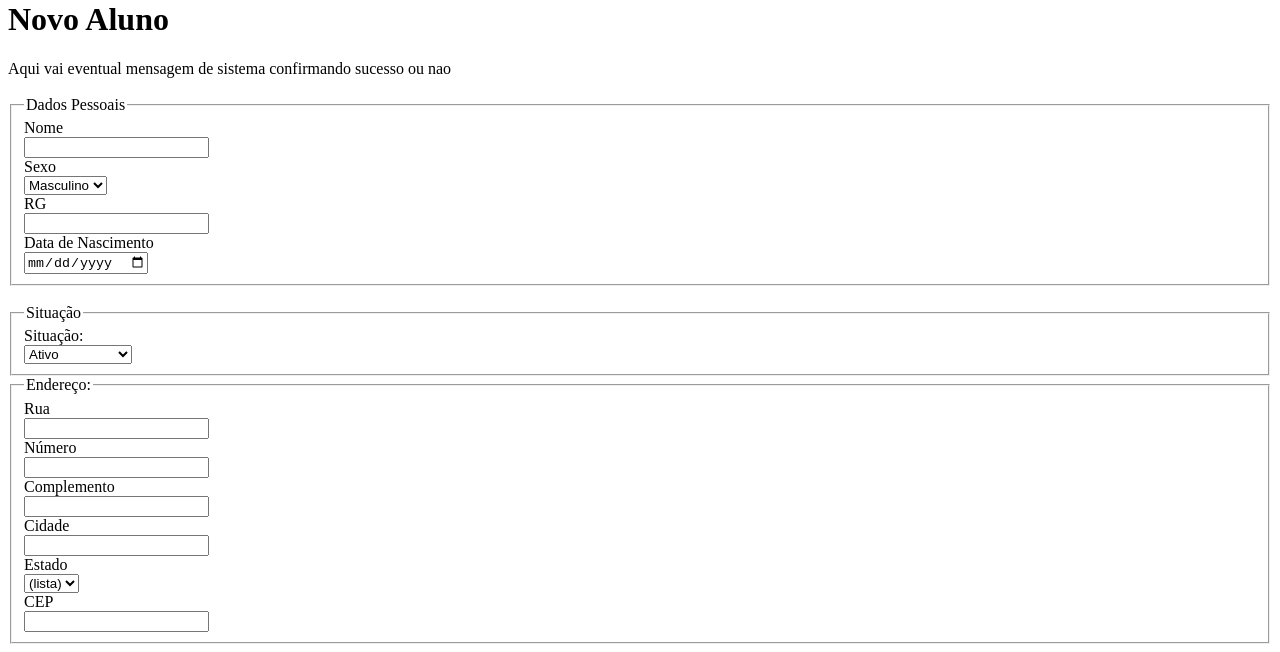
Repository: fabiodaemon/Loucademia
Page: Loucademia/WebContent/WEB-INF/novoAluno.html
An editor plug-in stored every save of this project. The page is shown before and after the next save, followed by the edit.
The browser window is 1280 px wide. The pictures show the part of the page from y = 422 to 1149 px (the page is 1074 px tall before and 1149 px after).
A picture or video elsewhere on the page could not be fetched, so the positions and the page height are approximate.

Above is the page before, as saved 2019-01-27 22:23:00.

After the next save:
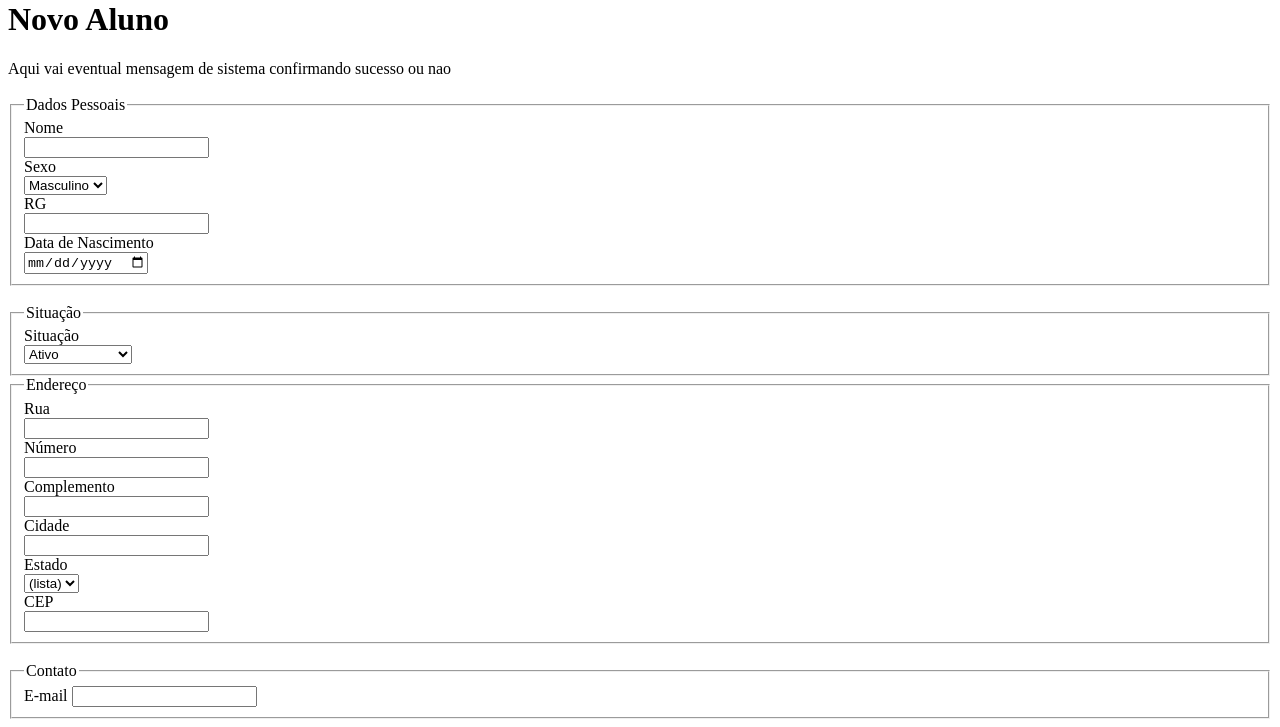
Saved 3 min 10 s later.
--- a/Loucademia/WebContent/WEB-INF/novoAluno.html
+++ b/Loucademia/WebContent/WEB-INF/novoAluno.html
@@ -52,7 +52,7 @@
 		<fieldset>
 			<legend>Situação</legend>
 
-			<label for="situacao">Situação: </label><br>
+			<label for="situacao">Situação</label><br>
 			<select name="situacao" id="situacao">
 				<option>Ativo</option>
 				<option>Inativo</option>
@@ -61,7 +61,7 @@
 		</fieldset>
 
 		<fieldset>
-			<legend>Endereço: </legend>
+			<legend>Endereço</legend>
 
 			<label for="rua">Rua</label><br>
 			<input type="text" name="rua" id="rua"><br>
@@ -83,6 +83,16 @@
 			<label for="cep">CEP</label><br>
 			<input type="text" name="cep" id="cep"><br>
 
+		</fieldset><br>
+
+
+		<fieldset>
+			<legend>Contato</legend>
+
+			<label for="email">E-mail</label>
+			<input type="email" name="email" id="email"><br>
+
+
 		</fieldset>
 
 	</form>
